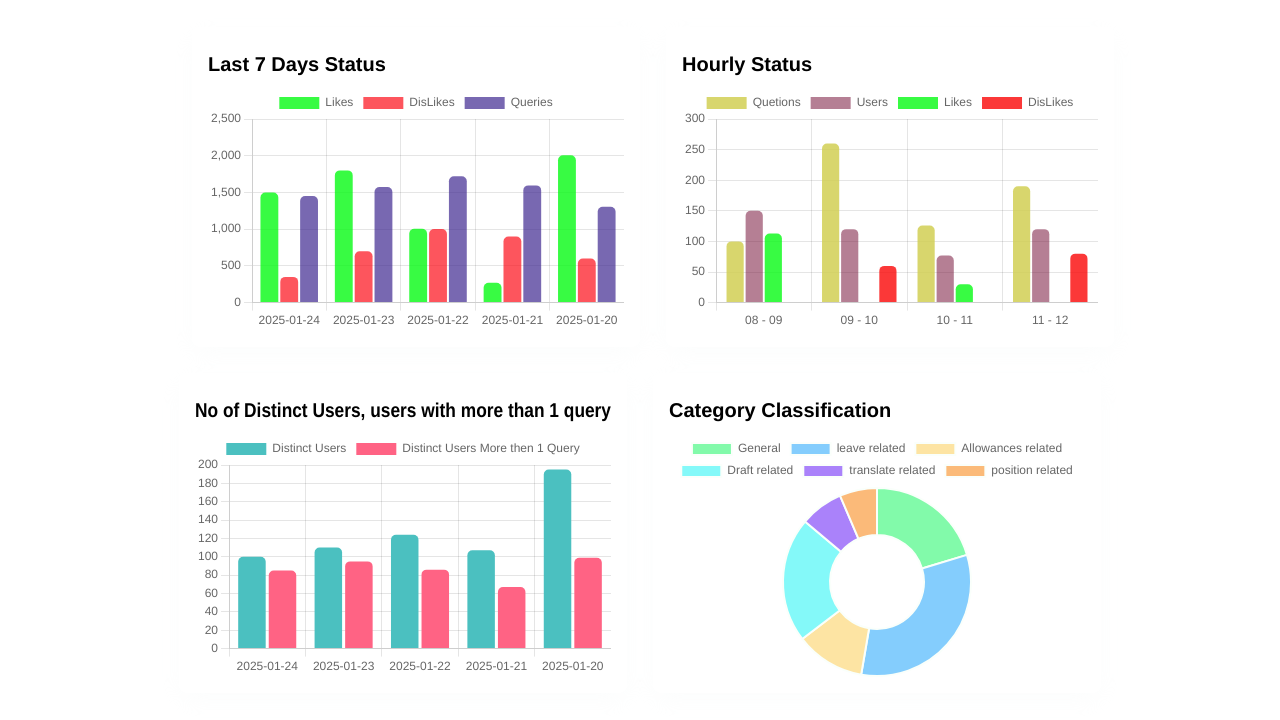
Repository: NAGARAJ-DEVELOPER/Dashboard
Page: /
An editor plug-in stored every save of this project. The page is shown before and after the next save, followed by the edit.
The browser window is 1280 px wide. The pictures show the whole page.
The project was rebuilt for these pictures with package versions that can differ from the ones it lists, and the page was loaded fresh each time. Also part of the build but not shown: vite.config.js.

Above is the page before, as saved 2025-02-12 00:12:17.

After the next save:
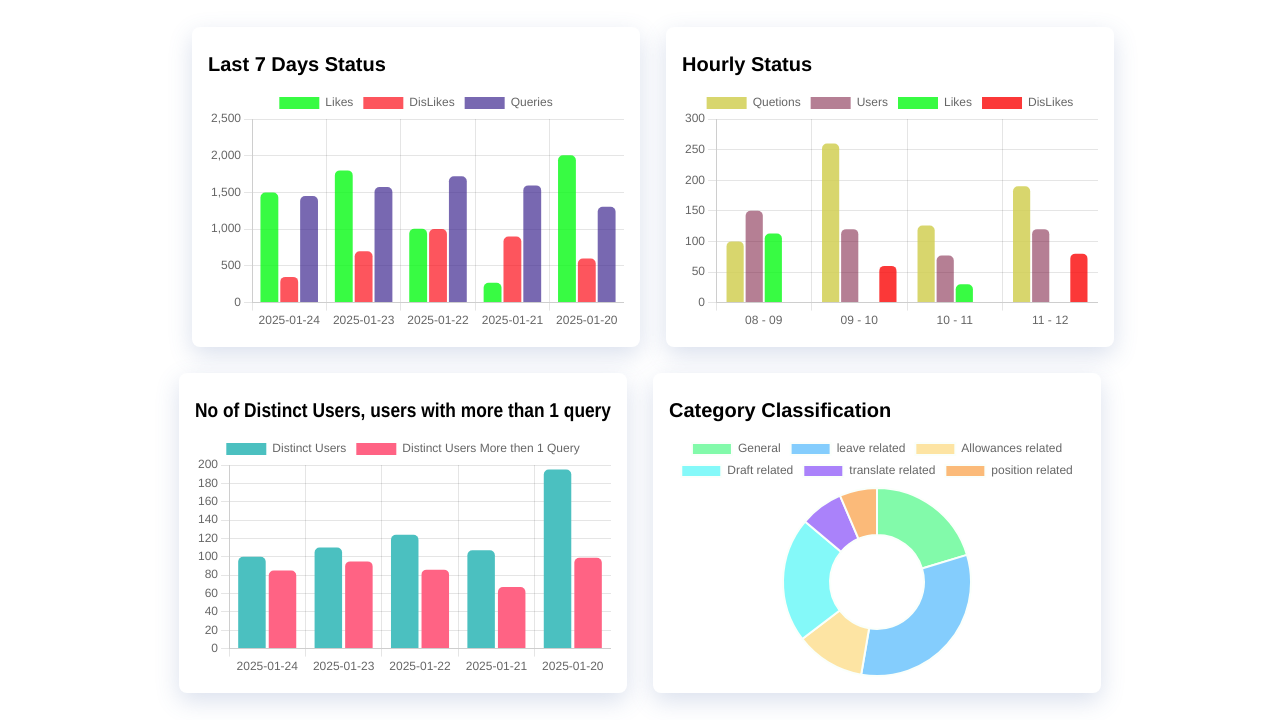
Saved 25 s later.
--- a/src/App.css
+++ b/src/App.css
@@ -14,7 +14,7 @@
 .dataCard {
   background-color: #ffffff;
   border-radius: 0.5em;
-  box-shadow: rgba(242, 243, 245, 0.2) 0px 8px 24px;
+  box-shadow: rgba(70, 102, 167, 0.2) 0px 8px 24px;
   padding: 1em;
 }
 
